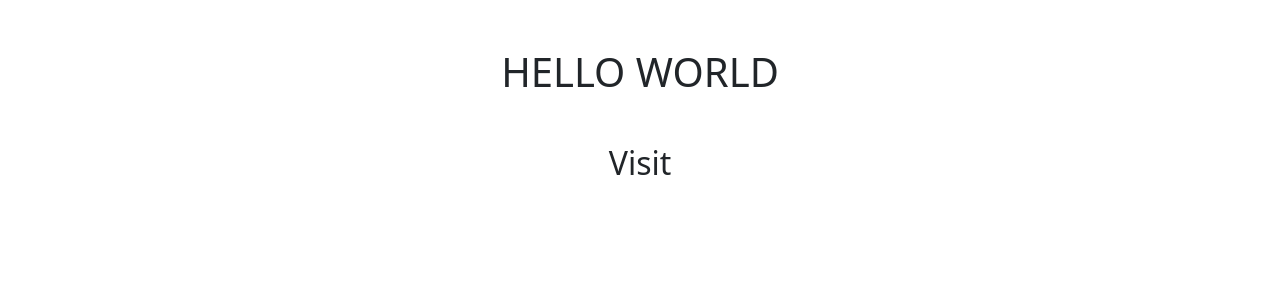
Repository: LorenzoPorrega/laravel-primi-passi
Page: http://localhost/
The author's editor kept a copy of each file at every save. The page is drawn from the files as they stood at one save, then again after a run of saves.
The browser window is 1280 px wide. The pictures show the whole page.
The page is served by the project's Laravel application, run on PHP 8.4 with Laravel 10.

Above is the page before, as saved 2023-09-26 13:21:17.

After the next 4 saves:
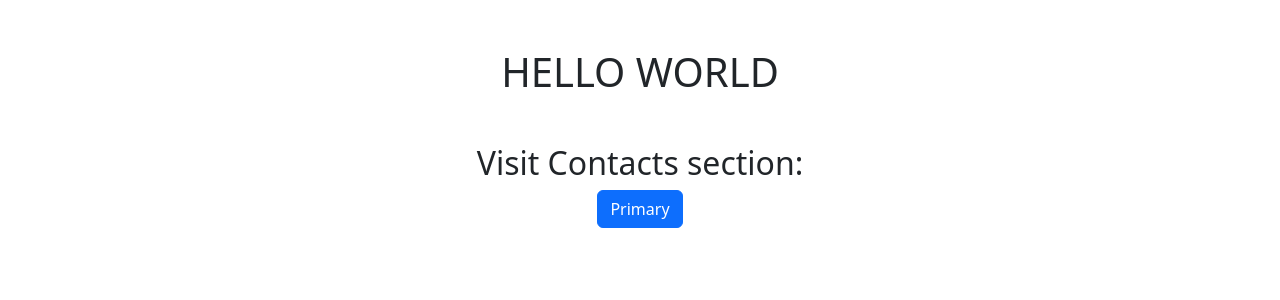
The 4 saves are shown as one change because they came seconds apart.
The last was saved 10 s later.
--- a/resources/views/home.blade.php
+++ b/resources/views/home.blade.php
@@ -18,7 +18,8 @@
 <body>
   <div class="container text-center mt-5">
     <h1>HELLO WORLD</h1>
-    <h2 class="mt-5">Visit</h2>
+    <h2 class="mt-5">Visit Contacts section:</h2>
+    <button type="button" class="btn btn-primary">Primary</button>
   </div>
 </body>
 <script src="./js/main.js"></script>
